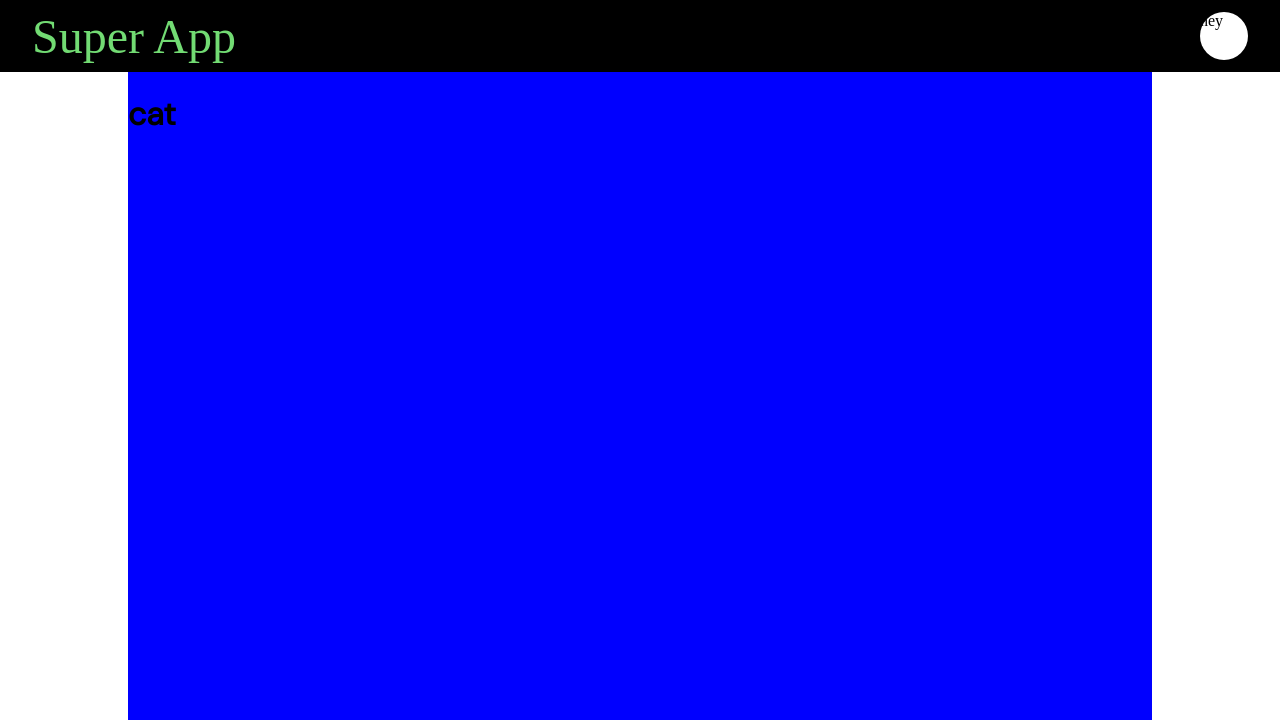
Repository: drumsmanku/react-capstone-project-2
Page: /browse
An editor plug-in stored every save of this project. The page is shown before and after the next save, followed by the edit.
The browser window is 1280 px wide. The pictures show the whole page.
Some web fonts or font styles are not loaded; a fallback is used. The project was rebuilt for these pictures with package versions that can differ from the ones it lists, and the page was loaded fresh each time. Also part of the build but not shown: src/components/RegistrationPage.js, src/components/SubmitSuccess.js, src/components/CategoriesPage.js, src/components/WeatherandNews.js.

Above is the page before, as saved 2023-06-01 19:12:51.

After the next save:
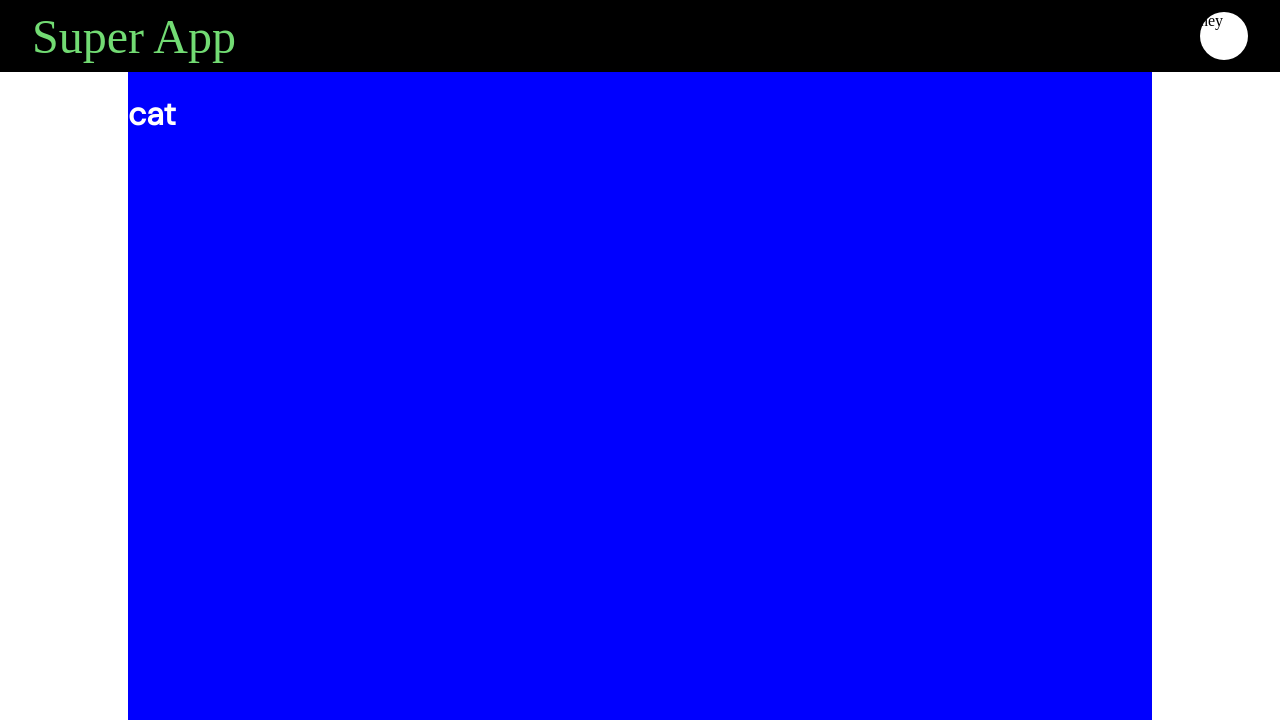
Saved 14 s later.
--- a/src/components/BrowseCategories.css
+++ b/src/components/BrowseCategories.css
@@ -46,4 +46,6 @@
 }
 .main-elements h1{
   font-family:'DM Sans';
+  color: white;
+  font-size: 2rem;
 }
